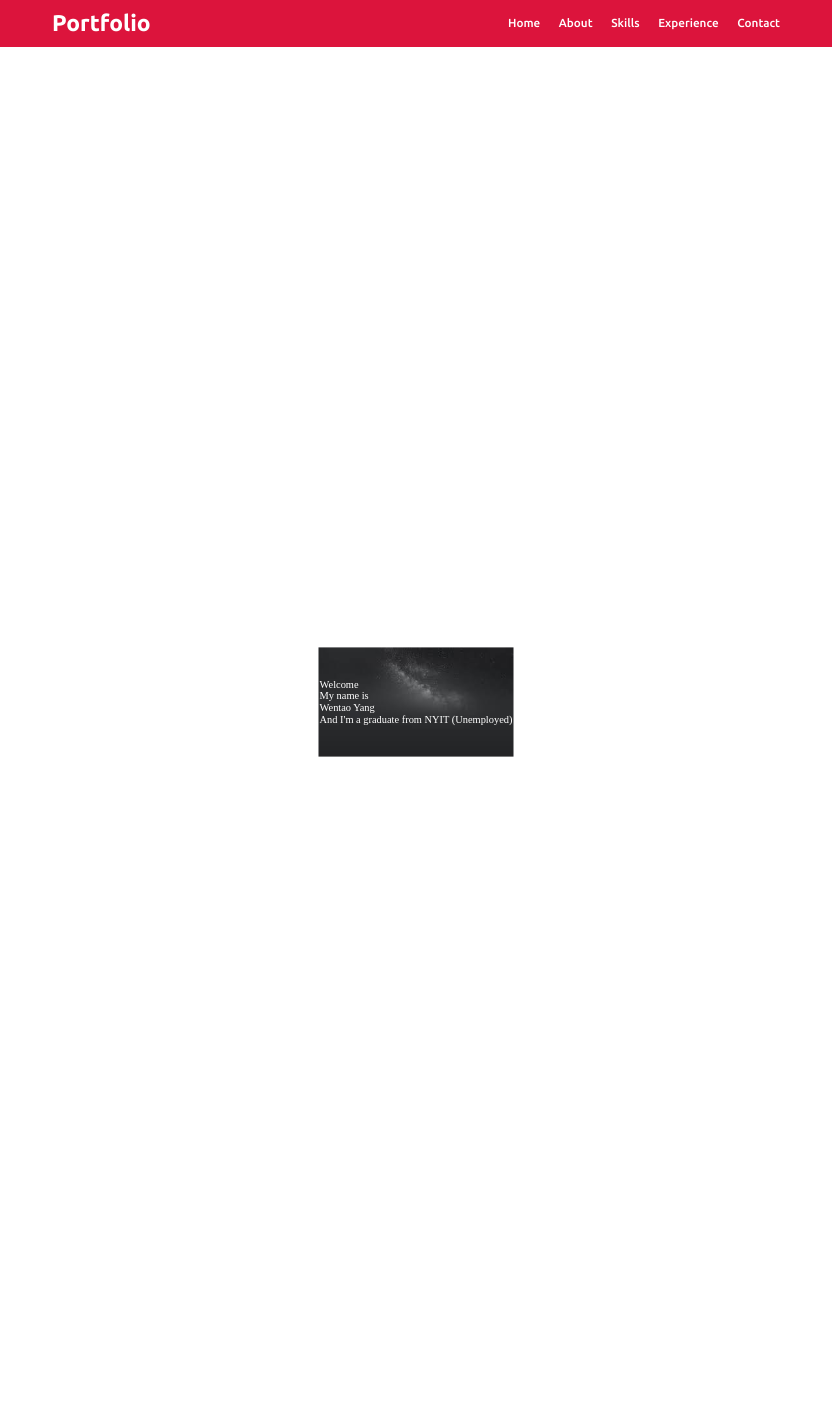
Repository: wyang08/wyang08.github.io
Page: index.html
The author's editor kept a copy of each file at every save. The page is drawn from the files as they stood at one save, then again after the next save.
The browser window is 1280 px wide. The pictures show the whole page, at 65% of full size.

Above is the page before, as saved 2021-07-02 14:54:27.

### index.html
<!DOCTYPE html>
<html lang="en">
<head>
    <meta charset="UTF-8">
    <meta name="viewport" content="width=divice-width, initial-scale=1.0">
    <title>Personal Porfolio Website</title>
    <link rel="stylesheet" href="style.css">
    <script src="https://kit.fontawesome.cm/a076d05399.js"></script>
</head>

<body>
    <nav class="navbar">
        <div class="max-width">

            <div class="logo"><a href="#">Portfo<span>lio</span></a></div>

            <ul class="menu">
                <li><a href="#">Home</a></li>
                <li><a href="#">About</a></li>
                <li><a href="#">Skills</a></li>
                <li><a href="#">Experience</a></li>
                <li><a href="#">Contact</a></li>
            </ul>

        </div>


    </nav>

    <!-- 内容 -->
    <section class="home" id="home">
        <div class="max-width">
            <div class="home-content">
                <div class="text-1">Welcome</div>
                <div class="text-2">My name is</div>
                <div class="text-3">Wentao Yang</div>
                <div class="text-4">And I'm a graduate from NYIT <span>(Unemployed)</span></div>
            </div>
        </div>
    </section>


</body>


</html>

### style.css
@import url('https://fonts.googleapis.com/css2?family=Poppins:wght@400;500;600;700&family=Ubuntu:wght@400;500;700&display=swap');

*{
    margin: 0;
    padding: 0;
    box-sizing: border-box;
    text-decoration: none;

}

/* navbar styling */
.navbar{
    position: fixed;
    width: 100%;
    padding: 15px 0;
    background: crimson;
    font-family: 'Ubuntu', sans-serif;
}


.navbar .menu li a{
    color: white;
    font-size: 18px;
    font-weight: 500;
    margin-left: 25px;
}

/* 标题大小 */
.navbar .logo a{
    color: white;
    font-size: 35px;
    font-weight: 600;
}

/* Subtitle display style */
.navbar .menu li{
    list-style-type: none;
    display: inline-block;
}

.navbar .max-width{
    display: flex;
    align-items: center;
    justify-content: space-between;
}

.max-width{
    max-width: 1300px;
    padding: 0 80px;
    margin: auto;
}

/* 内容 */
.home{
    display: flex;
    background: white;
    height: 300vh;
    background: url("images/black_content.jpg") no-repeat center;
    min-height: 500px;
    color: white;
}

After the next save:
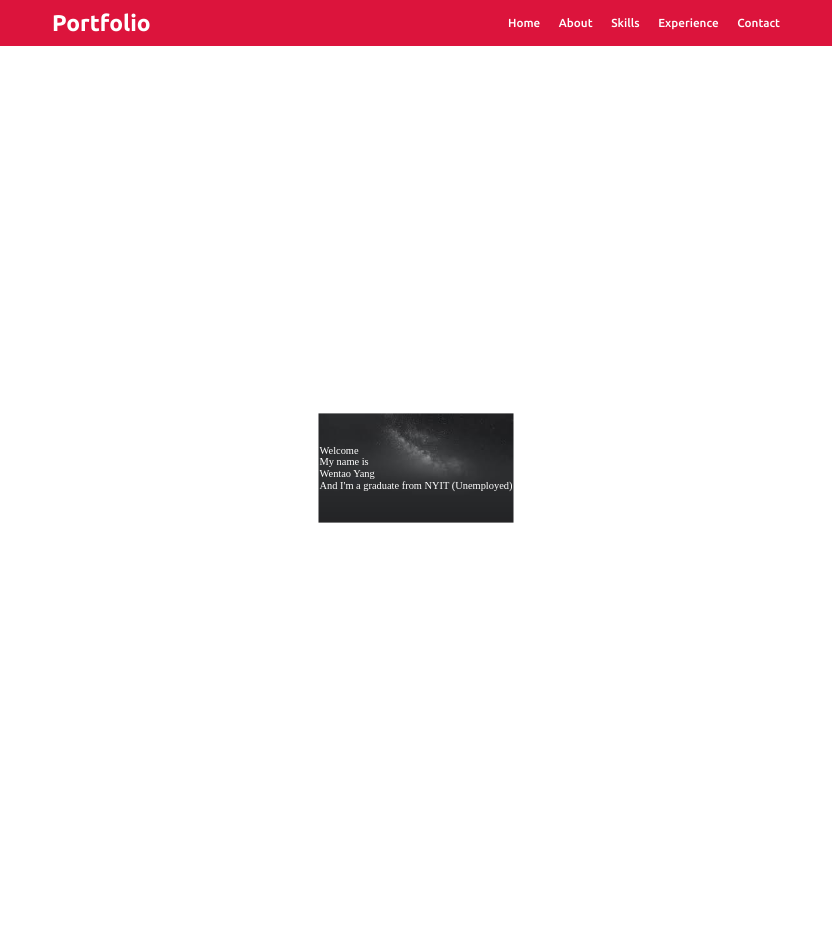
Saved 10 s later.
--- a/style.css
+++ b/style.css
@@ -54,7 +54,7 @@
 .home{
     display: flex;
     background: white;
-    height: 300vh;
+    height: 200vh;
     background: url("images/black_content.jpg") no-repeat center;
     min-height: 500px;
     color: white;
